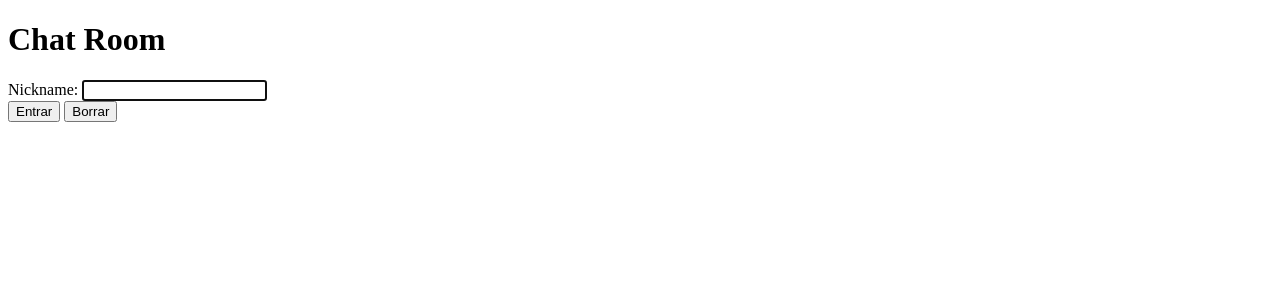
Repository: amtBurgos/SIDI_P3
Page: Practica3ChatWebRecuperacion/src/main/webapp/index.html
An editor plug-in stored every save of this project. The page is shown before and after the next save, followed by the edit.
The browser window is 1280 px wide. The pictures show the whole page.

Above is the page before, as saved 2017-06-03 04:16:43.

After the next save:
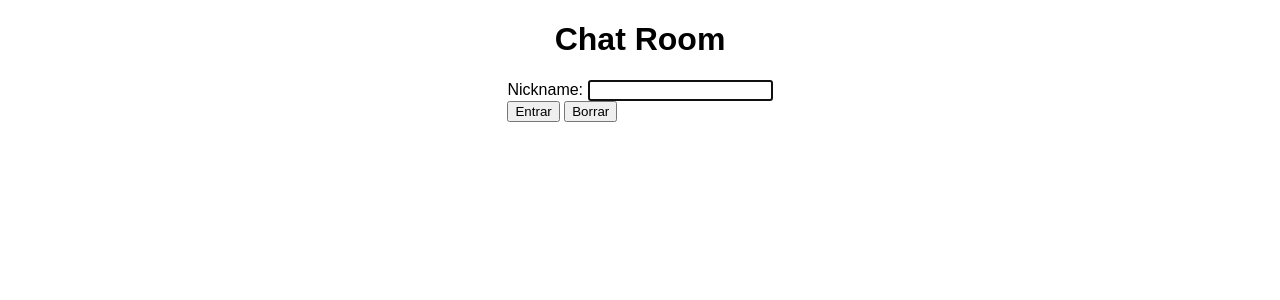
Saved 13 h 12 min later.
--- a/Practica3ChatWebRecuperacion/src/main/webapp/index.html
+++ b/Practica3ChatWebRecuperacion/src/main/webapp/index.html
@@ -7,6 +7,7 @@
 	content="Sistemas Distribuidos - Practica 3 Segunda Convocatoria - 09/06/2017">
 <meta name="author" content="Andrés Miguel Terán">
 <meta name="author" content="Francisco Saiz Güemes">
+<link rel="stylesheet" href="./css/sala.css">
 <script type="text/javascript" src="./vista/js/inicio.js"></script>
 </head>
 <body>
